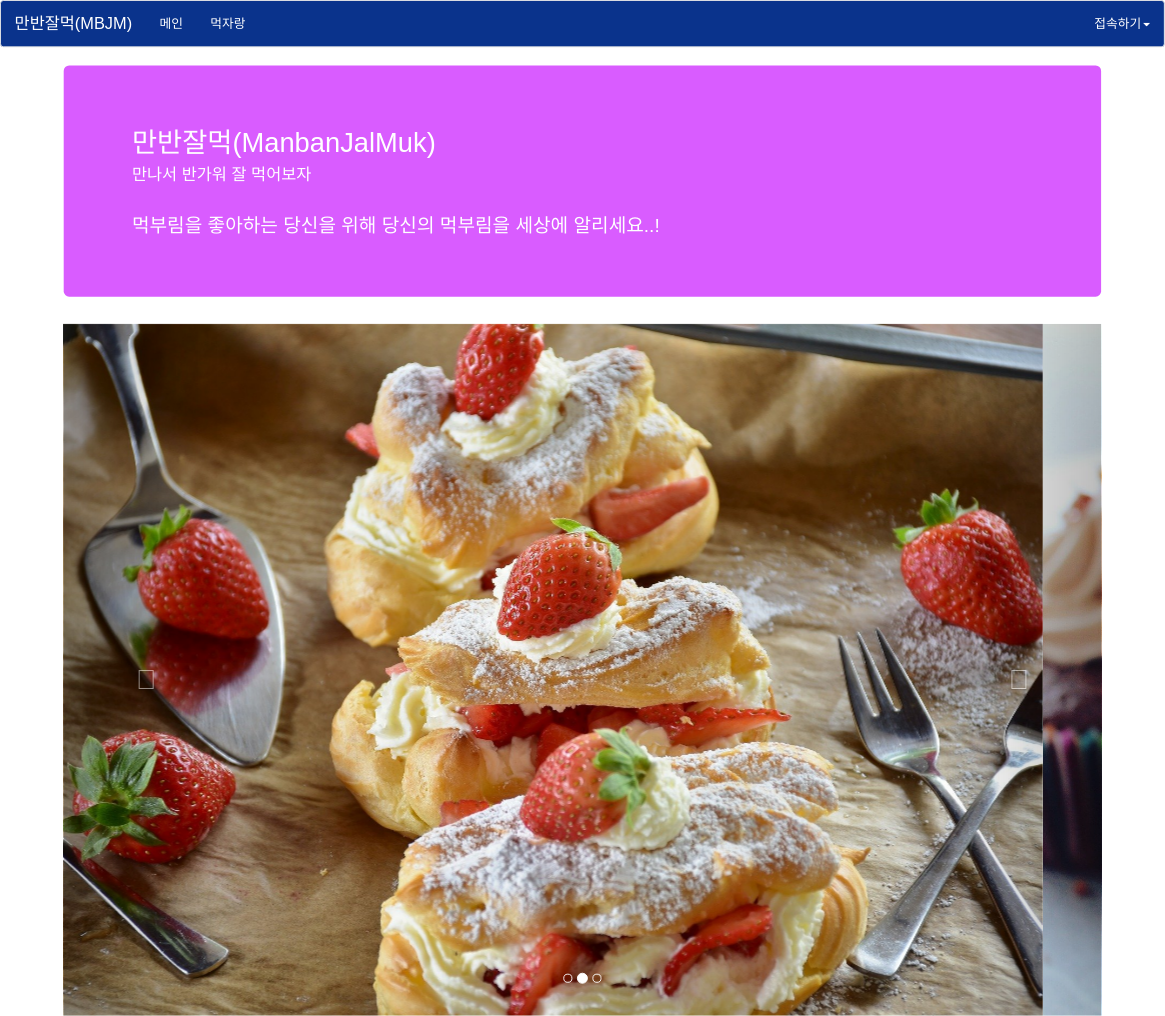
Repository: gimyoni/ManBanJalMuk
Page: http://localhost/text/main.jsp
The author's editor kept a copy of each file at every save. The page is drawn from the files as they stood at one save, then again after the next save.
The browser window is 1280 px wide. The pictures show the whole page, at 91% of full size.
Some web fonts or font styles are not loaded; a fallback is used. Some web libraries are served in a nearby version. The page is served by Tomcat 9. Other server files are loaded and not shown.

Above is the page before, as saved 2021-05-07 03:00:02.

### text/WebContent/main.jsp
<%@ page language="java" contentType="text/html; charset=UTF-8"
	pageEncoding="UTF-8"%>
<!DOCTYPE html>
<html>
<head>
<meta charset="UTF-8">
<meta name="viewport" content="width=device-width" initial-scale="1" />
<link rel="stylesheet" href="css/bootstrap.css">
<link rel="stylesheet" href="css/custom.css">
<title>만반잘먹</title>
</head>
<body>
	<%
		String userID = null;
		// 로그인이 되어있으면 세션에 값이 있을 것이다.
		if (session.getAttribute("userID") != null) {
			userID = (String) session.getAttribute("userID");
		}
	%>
	<nav class="navbar navbar-default">
		<div class="navbar-header">
			<button type="button" class="navbar-toggle collapsed"
				data-toggle="collapse" data-target="#bs-example-navbar-collapse-1"
				aria-expanded="false">
				<span class="icon-bar"></span> <span class="icon-bar"></span> <span
					class="icon-bar"></span>
			</button>
			<a href="main.jsp" class="navbar-brand">만반잘먹(MBJM)</a>
		</div>
		<div class="collapse navbar-collapse"
			id="bs-example-navbar-collapse-1">
			<ul class="nav navbar-nav">
				<li><a href="main.jsp">메인</a></li>
				<li><a href="bbs.jsp">먹자랑</a></li>
			</ul>
			<%
				if (userID == null) {
			%>
			<ul class="nav navbar-nav navbar-right">
				<li class="dropdown"><a href="#" class="dropdown-toggle"
					data-toggle="dropdown" role="button" aria-haspopup="true"
					aria-expanded="false">접속하기<span class="caret"></span></a>
					<ul class="dropdown-menu">
						<li><a href="login.jsp">로그인</a></li>
						<li><a href="join.jsp">회원가입</a></li>
					</ul></li>
			</ul>
			<%
				} else {
			%>
			<ul class="nav navbar-nav navbar-right">
				<li class="dropdown"><a href="#" class="dropdown-toggle"
					data-toggle="dropdown" role="button" aria-haspopup="true"
					aria-expanded="false">회원관리<span class="caret"></span></a>
					<ul class="dropdown-menu">
						<li><a href="logoutAction.jsp">로그아웃</a></li>
					</ul></li>
			</ul>
			<%
				}
			%>
		</div>
	</nav>

	<div class="container">
		<div class="jumbotron">
			<div class="container">
				<h2>만반잘먹(ManbanJalMuk)</h2>
				<h4>만나서 반가워 잘 먹어보자</h4>
				<br>
				<p>먹부림을 좋아하는 당신을 위해 당신의 먹부림을 세상에 알리세요..!</p>
			</div>
		</div>
	</div>

	<div class="container">
		<div id="myCarousel" class="carousel slide" data-ride="carousel">
			<ol class="carousel-indicators">
				<li data-target="#myCarousel" data-slide-to="0" class="active"></li>
				<li data-target="#myCarousel" data-slide-to="1"></li>
				<li data-target="#myCarousel" data-slide-to="2"></li>
			</ol>
			<div class="carousel-inner">
				<div class="item active">
					<img src="images/berrycake.jpg">
				</div>
				<div class="item">
					<img src="images/cupcake.jpg">
				</div>
				<div class="item">
					<img src="images/macarons.jpg">
				</div>
			</div>
			<a href="#myCarousel" class="left carousel-control" data-slide="prev">
				<span class="glyphicon-chevron-left"></span>
			</a>
			<a href="#myCarousel" class="right carousel-control" data-slide="next">
				<span class="glyphicon-chevron-right"></span>
			</a>
		</div>
	</div>


	<script src="https://code.jquery.com/jquery-3.1.1.min.js"></script>
	<script src="js/bootstrap.js"></script>
</body>
</html>

### text/WebContent/css/custom.css
@import url('https://fonts.googleapis.com/css2?family=Nanum+Gothic&display=swap');
@import url(//fonts.googleapis.com/earlyaccess/hanna.css);

*{
	font-family : 'Nanum Gothic', sans-serif;
}
h1{
	font-family : 'Hanna', sans-serif;
}
.jumbotron{
	color:white;
	background: #d95cff;
}
.navbar-default{
	background-color:#0a338c;
}
.navbar .nav > li > a {
	color:white;
}
.navbar .navbar-right{
	color:white;
}
.navbar .navbar-header .navbar-brand{
	color:white;
}

Loaded but not shown: text/WebContent/css/bootstrap.css (library); text/WebContent/js/bootstrap.js (library)

After the next save:
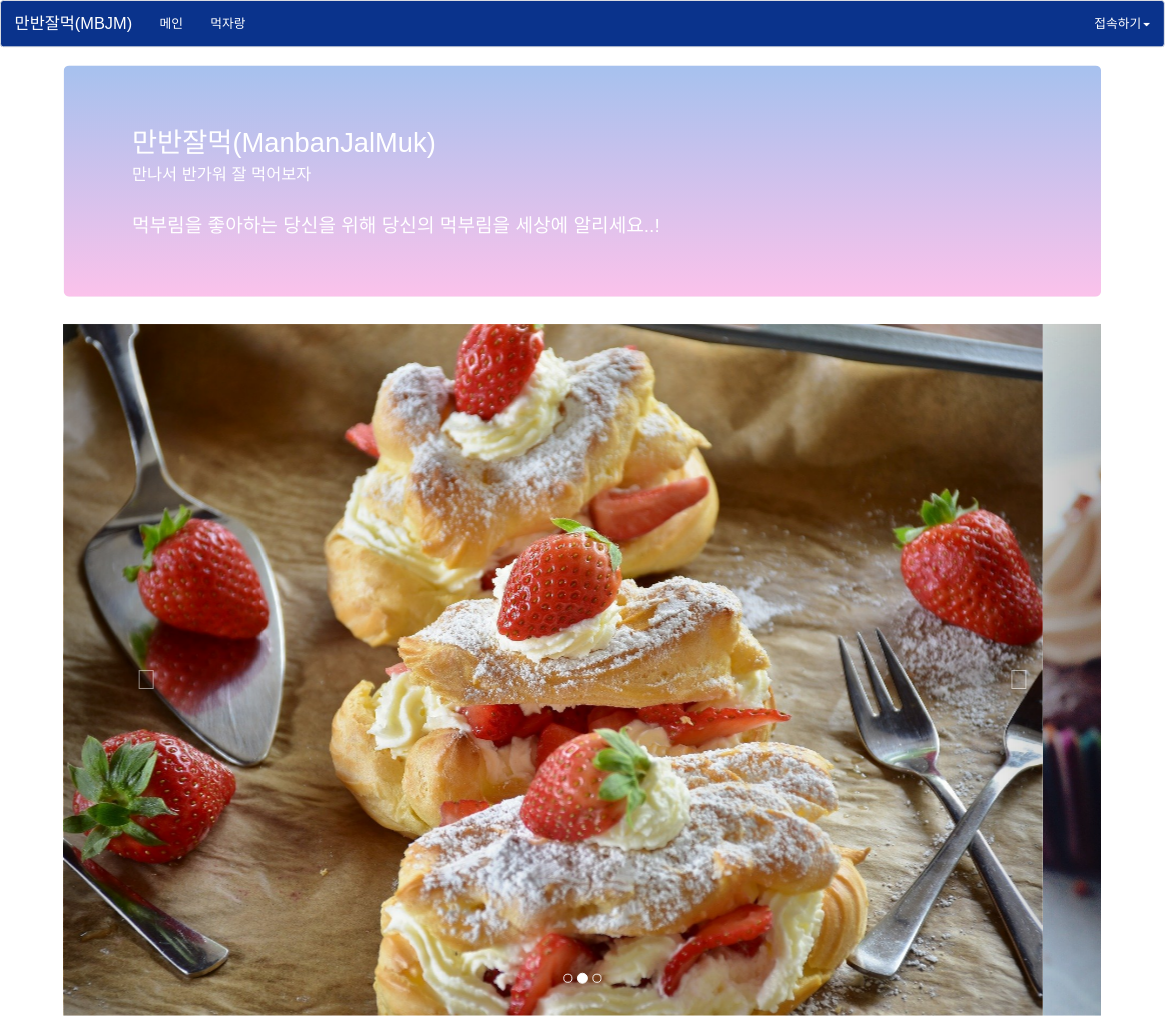
Saved 78 s later.
--- a/text/WebContent/css/custom.css
+++ b/text/WebContent/css/custom.css
@@ -9,7 +9,7 @@
 }
 .jumbotron{
 	color:white;
-	background: #d95cff;
+	background-image: linear-gradient(to top, #fbc2eb 0%, #a6c1ee 100%);;
 }
 .navbar-default{
 	background-color:#0a338c;
